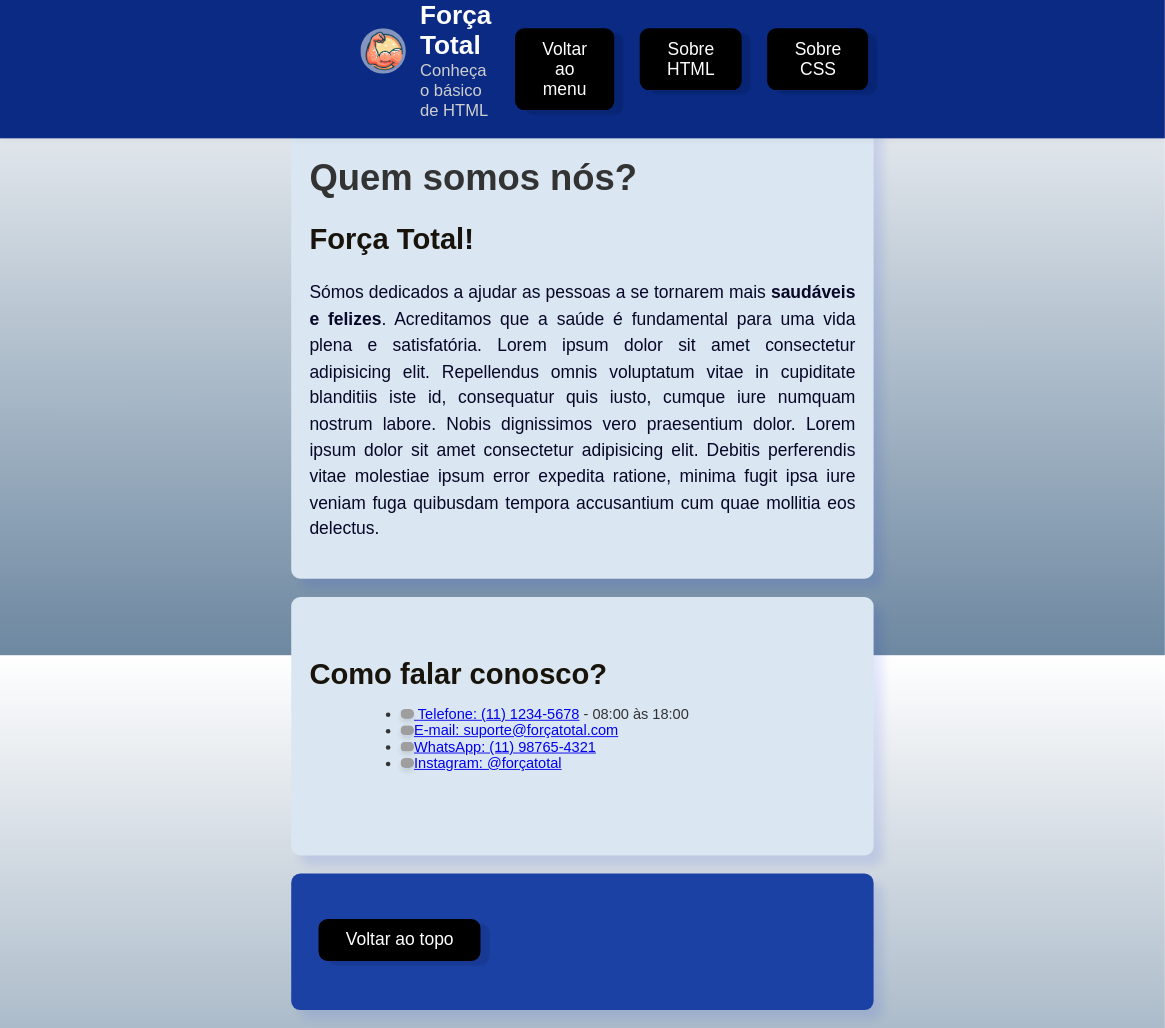
Repository: LuidyOn/Site_Forca_Total
Page: ForçaTotal/paginas/sobrenos.html
These files come from the project's save history. The page is drawn as it stood at one moment and after the next save; the edit follows.
The browser window is 1280 px wide. The pictures show the whole page, at 91% of full size.
Pictures or frames that could not be fetched are drawn as grey boxes. Backgrounds fixed to the window are drawn as part of the page.

Above is the page before, as saved 2025-05-22 20:36:09.

After the next save:
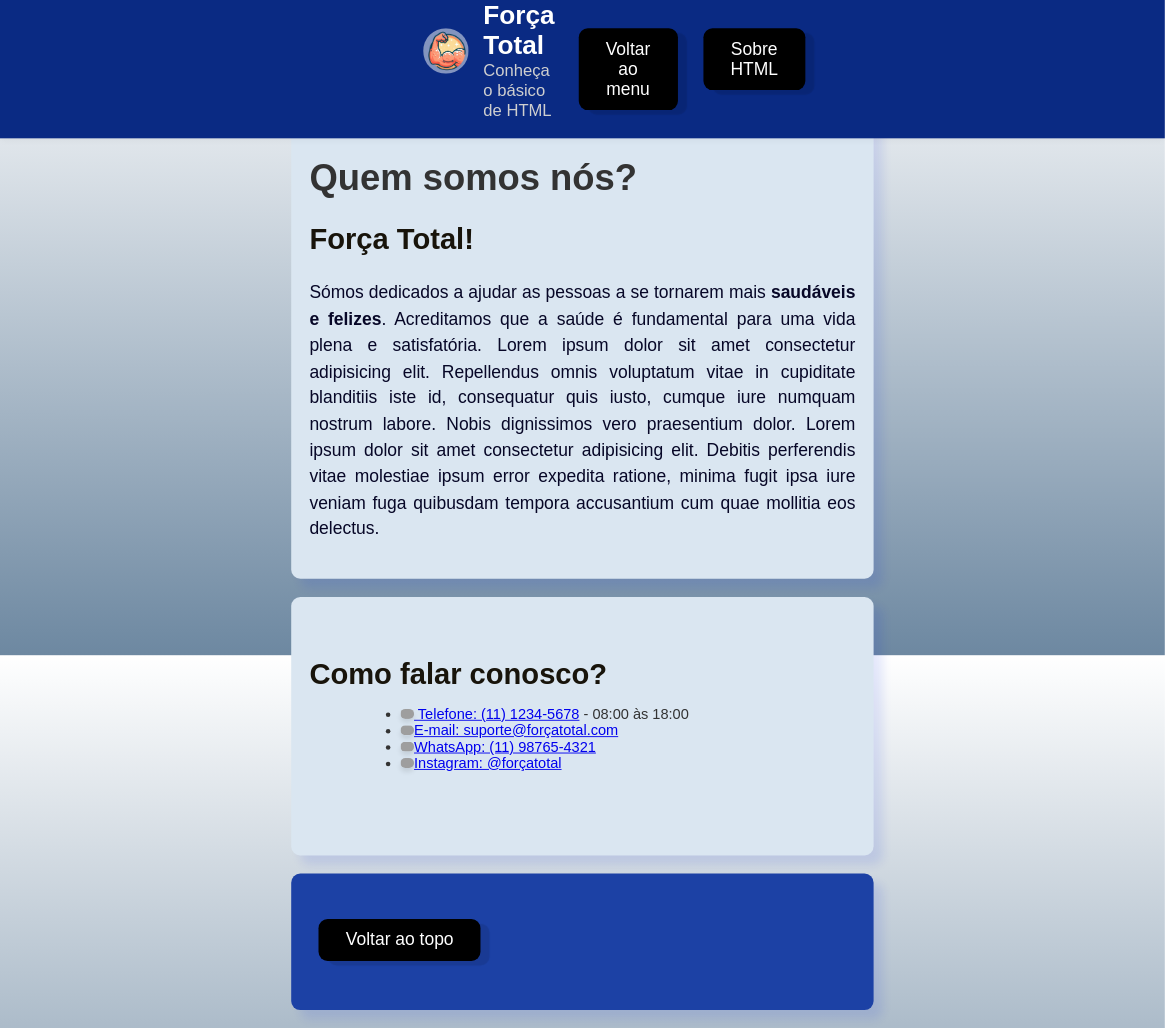
Saved 5 min 57 s later.
--- a/ForçaTotal/paginas/sobrenos.html
+++ b/ForçaTotal/paginas/sobrenos.html
@@ -19,7 +19,6 @@
       <span style="flex: 1; display: flex; justify-content: center; gap: 8px; margin-right: 400px;" >
         <a href="../index.html"><button id="botao">Voltar ao menu</button></a>
         <a href="sobreHTML.html"><button>Sobre HTML</button></a>
-        <a href="sobrecss.html"><button>Sobre CSS</button></a>
       </span>
     </header>
     <div style="height: 100px;"></div>
